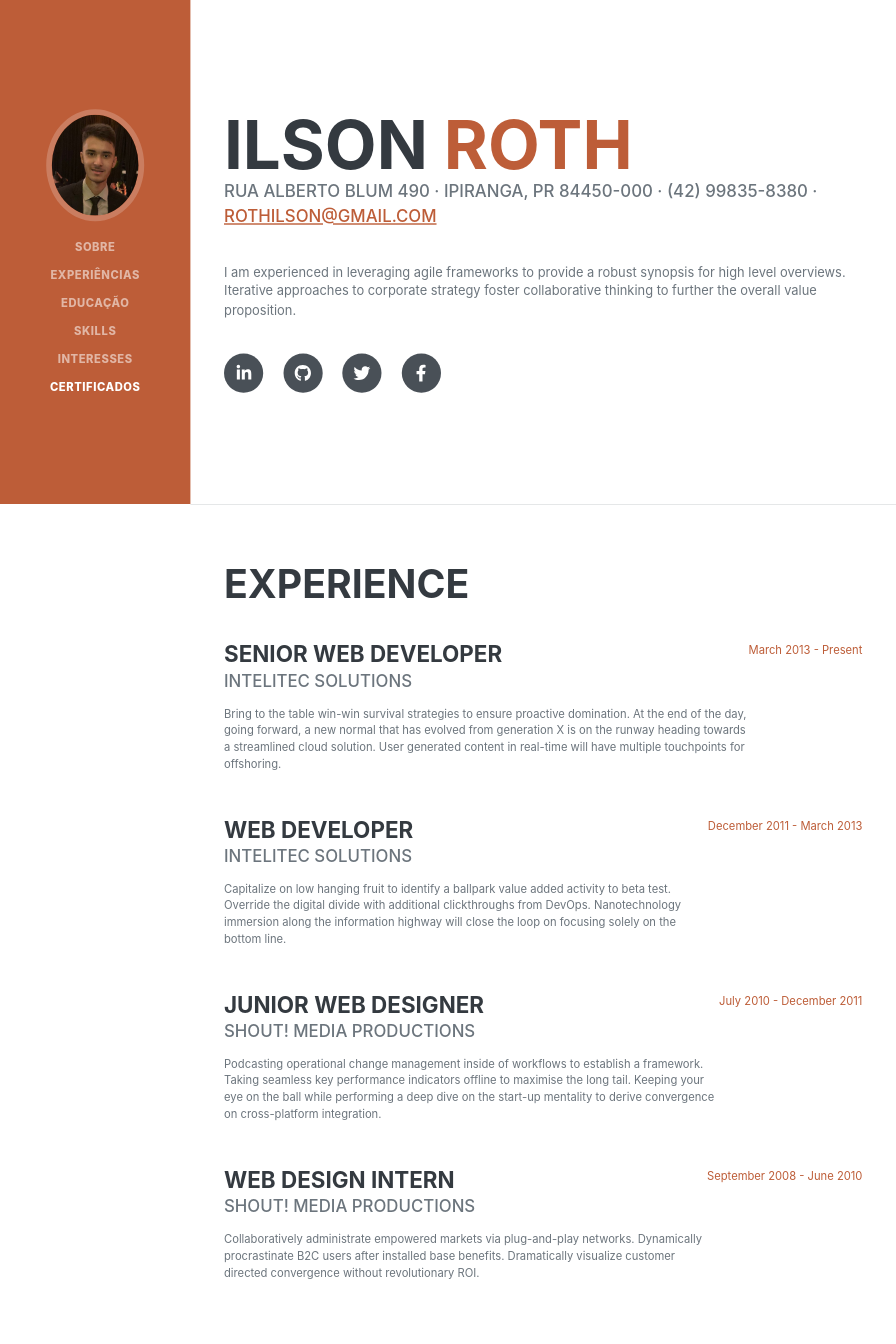
Repository: JuniorRoth/Curriculo-Web
Page: public/index.html
An editor plug-in stored every save of this project. The page is shown before and after the next save, followed by the edit.
The browser window is 1280 px wide. The pictures show the part of the page from y = 0 to 1920 px (the page is 4810 px tall), at 70% of full size.
Some web fonts or font styles are not loaded; a fallback is used. Some web libraries are served in a nearby version.

Above is the page before, as saved 2023-02-07 13:59:54.

After the next save:
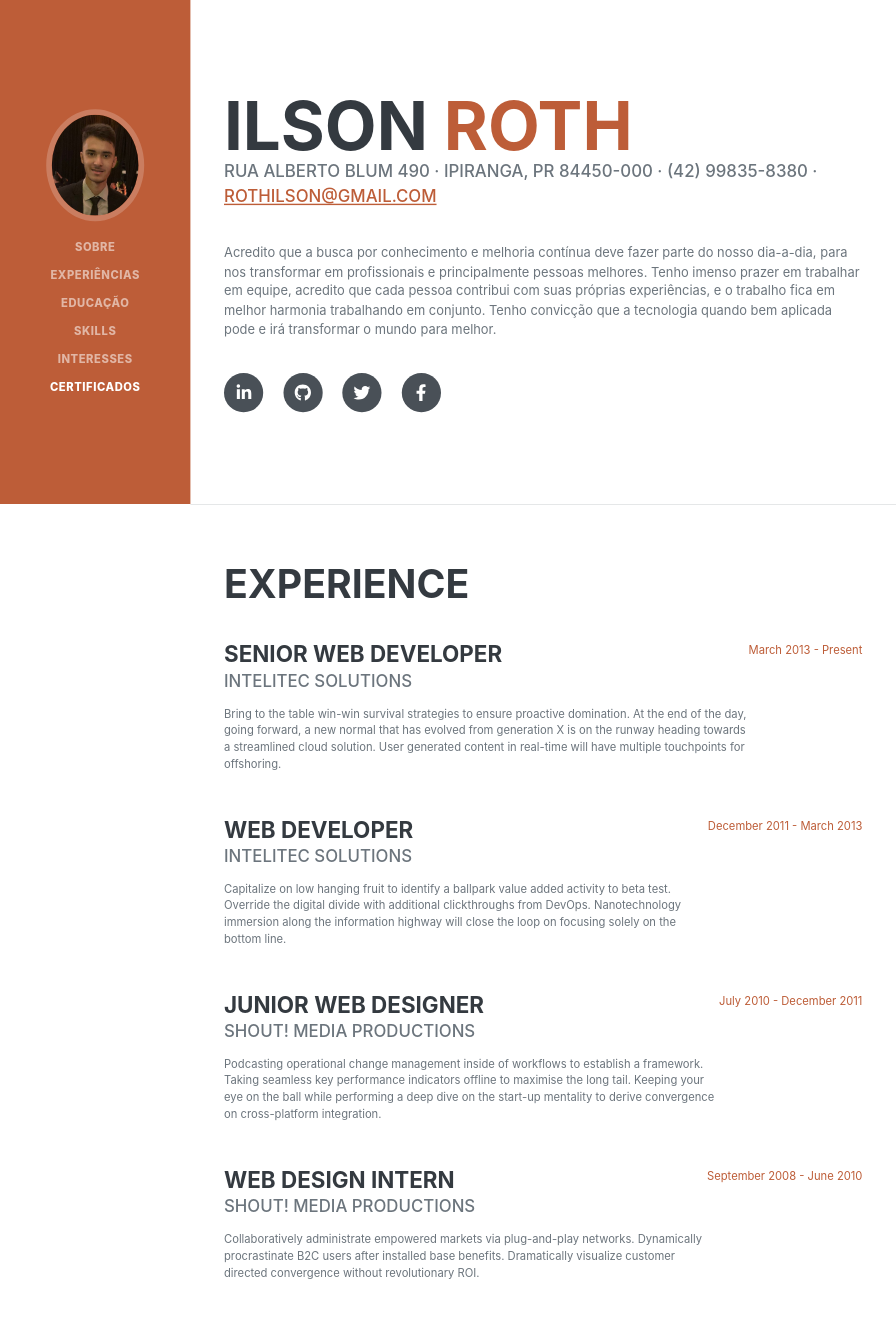
Saved 7 min 6 s later.
--- a/public/index.html
+++ b/public/index.html
@@ -47,7 +47,7 @@
                         Rua Alberto Blum 490 · Ipiranga, PR 84450-000 · (42) 99835-8380 ·
                         <a href="mailto:rothilson@gmail.com">rothilson@gmail.com</a>
                     </div>
-                    <p class="lead mb-5">I am experienced in leveraging agile frameworks to provide a robust synopsis for high level overviews. Iterative approaches to corporate strategy foster collaborative thinking to further the overall value proposition.</p>
+                    <p class="lead mb-5">Acredito que a busca por conhecimento e melhoria contínua deve fazer parte do nosso dia-a-dia, para nos transformar em profissionais e principalmente pessoas melhores. Tenho imenso prazer em trabalhar em equipe, acredito que cada pessoa contribui com suas próprias experiências, e o trabalho fica em melhor harmonia trabalhando em conjunto. Tenho convicção que a tecnologia quando bem aplicada pode e irá transformar o mundo para melhor.</p>
                     <div class="social-icons">
                         <a class="social-icon" href="#!"><i class="fab fa-linkedin-in"></i></a>
                         <a class="social-icon" href="#!"><i class="fab fa-github"></i></a>
